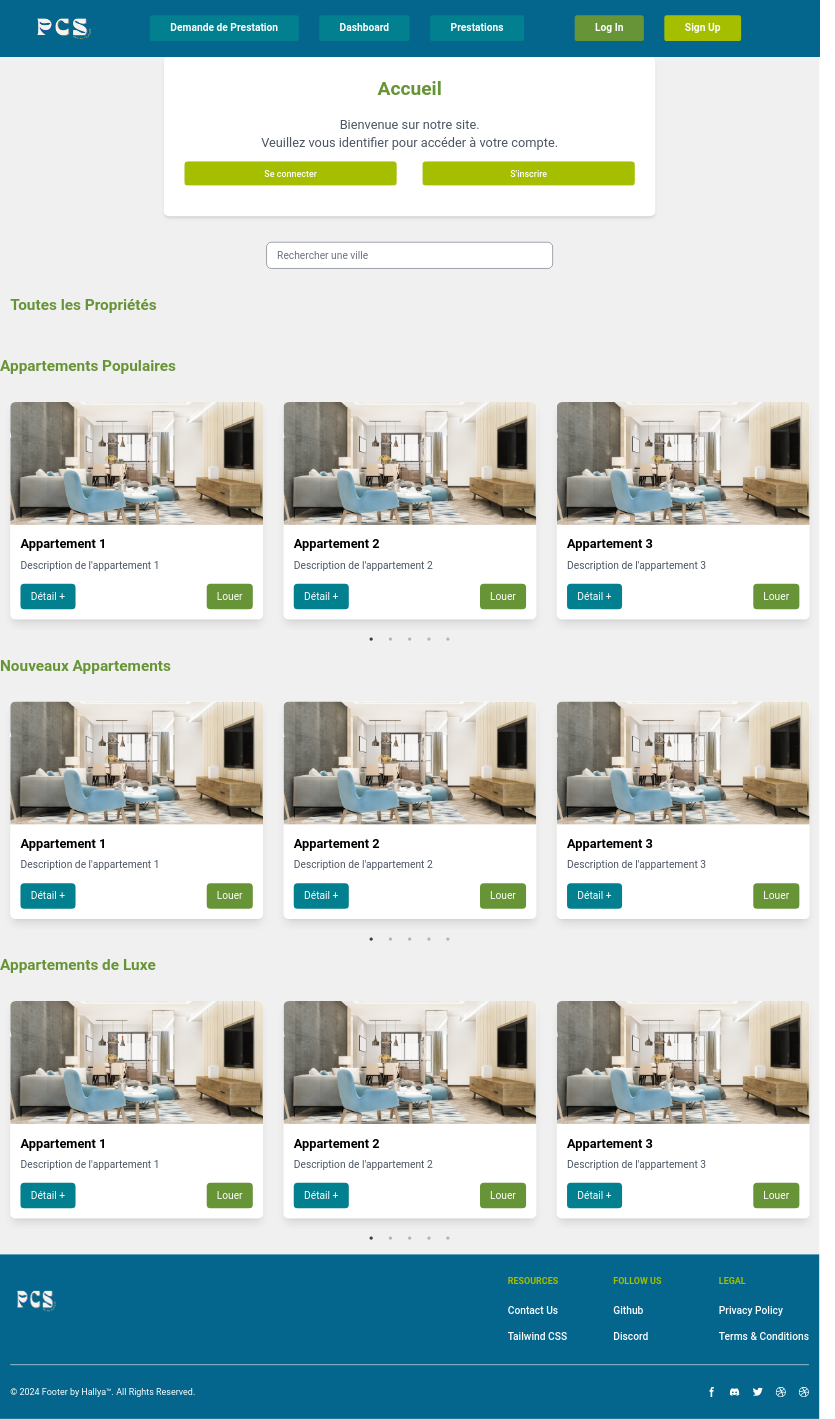
Repository: HATTOUNGBRE/ProjetAnnuel2
Page: / (app in FRONT/)
An editor plug-in stored every save of this project. The page is shown before and after the next save, followed by the edit.
The browser window is 1280 px wide. The page is 1305 px wide, so the pictures cover 1305 px, including what lies to the right of the window. The pictures show the whole page, at 64% of full size.
The page's requests for data from a server got no answer. The project was rebuilt for these pictures with package versions that can differ from the ones it lists, and the page was loaded fresh each time. No one was signed in, and anything a server would have sent is missing. Also part of the build but not shown: FRONT/vite.config.js, FRONT/src/components/PropertyCard.jsx, FRONT/src/components/Contact.jsx, FRONT/src/components/CatUser.jsx, FRONT/src/components/Login.jsx, FRONT/src/components/prestataire/PrestataireType.jsx, FRONT/src/components/prestataire/PrestataireDetails.jsx, FRONT/src/components/Account.jsx and 14 more.

Above is the page before, as saved 2024-06-28 10:30:45.

### FRONT/src/main.jsx
import React from 'react'
import ReactDOM from 'react-dom/client'
import App from './App.jsx'
import './App.css'
import { AuthProvider } from './components/AuthContext';
import {
  BrowserRouter,
  Route,
  Link
} from "react-router-dom";

ReactDOM.createRoot(document.getElementById('root')).render(
  <React.StrictMode>
    <AuthProvider>
    <App />
    </AuthProvider>
  </React.StrictMode>,
)

### FRONT/src/App.jsx
import React, { useContext, useEffect } from "react";
import './App.css';
import { BrowserRouter as Router, Route, Routes, Navigate } from 'react-router-dom';
import Header from "./components/Header";
import Main from "./components/Main";
import Contact from "./components/Contact";
import Nav from "./components/Nav";
import Footer from "./components/Footer";
import CatUser from "./components/CatUser";
import Login from './components/Login';
import LogOut from "./components/LogOut";
import Account from "./components/Account";
import Inscription from './components/Inscription';
import VoyageurDashboard from './components/dashboard/VoyageurDashboard';
import ProprietaireDashboard from './components/dashboard/ProprietaireDashboard';
import PrestataireDashboard from './components/dashboard/PrestataireDashboard';
import Error400 from './components/Error400';
import AuthContext from './components/AuthContext';
import ProprietairePrestation from "./components/proprio/Prestation";
import ProprietaireReservation from "./components/proprio/ProprietaireReservation";
import PrestataireReservation from "./components/prestataire/PrestataireReservation";
import AddProperty from "./components/proprio/AddProperty";
import CreatePrestation from "./components/proprio/CreatePrestation";

function App() {
    const { isLoggedIn, userRole, userId, userName, userSurname, category } = useContext(AuthContext);

    useEffect(() => {
        console.log("UserRole:", userRole);
        console.log("UserId:", userId);
        console.log("UserName:", userName);
        console.log("UserSurname:", userSurname);
        console.log("CategoryUserId:", category);
    }, [userRole, userId, userName, userSurname, category]);

    const getDashboardComponent = (role) => {
        switch (role) {
            case 'voyageur':
                return <VoyageurDashboard />;
            case 'proprietaire':
                return <ProprietaireDashboard />;
            case 'prestataire':
                return <PrestataireDashboard />;
            default:
                return <Error400 />;
        }
    };

    const ProtectedRoute = ({ element, allowedRole }) => {
        if (!isLoggedIn) {
            return <Navigate to="/login" />;
        }
        return userRole === allowedRole ? element : <Navigate to="/error400" />;
    };

    return (
        <Router>
         <Header isLoggedIn={isLoggedIn} userRole={userRole} />
         <main className="flex-grow">
         <Routes>
                <Route exact path="/" element={<Main isLoggedIn={isLoggedIn} userRole={userRole} />} />
                <Route path="/components/inscription" element={<Inscription />} />
                <Route path="/components/catUser" element={<CatUser />} />
                <Route path="/contact" element={<Contact />} />
                <Route path="/login" element={<Login />} />
                <Route path={`/${userRole}/Prestation`} element={<ProtectedRoute element={<ProprietairePrestation />} allowedRole={userRole} />} />
                <Route path={`/${userRole}/Reservation`} element={<ProtectedRoute element={userRole === 'proprietaire' ? <ProprietaireReservation /> : <PrestataireReservation />} allowedRole={userRole} />} />
                <Route path="/components/dashboard/voyageur" element={<ProtectedRoute element={<VoyageurDashboard />} allowedRole="voyageur" />} />
                <Route path="/components/dashboard/proprietaire" element={<ProtectedRoute element={<ProprietaireDashboard />} allowedRole="proprietaire" />} />
                <Route path="/components/dashboard/prestataire" element={<ProtectedRoute element={<PrestataireDashboard />} allowedRole="prestataire" />} />
                <Route path="/components/nav" element={<Nav isLoggedIn={isLoggedIn} userRole={userRole} />} />
                <Route path="/logout" element={<LogOut />} />
                <Route path="/account" element={<Account userId={userId} />} />
                <Route path="/error400" element={<Error400 />} />
                <Route path="/add-property" element={<ProtectedRoute element={<AddProperty />} allowedRole="proprietaire" />} />
                <Route path="/create-prestation" element={<ProtectedRoute element={<CreatePrestation />} allowedRole="proprietaire" />} />
                <Route path="/components/dashboard/proprietaire" element={<ProtectedRoute element={<ProprietaireDashboard />} allowedRole="proprietaire" />} />
                <Route path="/components/dashboard/prestataire" element={<ProtectedRoute element={<PrestataireDashboard />} allowedRole="prestataire" />} />
                <Route path="/components/dashboard/voyageur" element={<ProtectedRoute element={<VoyageurDashboard />} allowedRole="voyageur" />} />
                <Route path="*" element={<Error400 />} />

            </Routes>
            </main>
           <Footer />
        </Router>

    );
}

const ProtectedRoute = ({ element, allowedRole }) => {
    const { userRole } = useContext(AuthContext);
    return userRole === allowedRole ? element : <Navigate to="/error400" />;
  };

export default App;

### FRONT/src/App.css
@tailwind base;
@tailwind components;
@tailwind utilities;

html, body {
  height: 100%;
  width: 100%;
  margin: 0;
  padding: 0;
  font-family: 'Roboto', sans-serif;
}


.logo {
  height: 5em;
  width: 7em;
  /* will-change: filter; */
  transition: filter 300ms;
}
.logo:hover {
}
.logo.react:hover {
  filter: drop-shadow(0 0 2em #61dafbaa);
}

@keyframes logo-spin {
  from {
    transform: rotate(0deg);
  }
  to {
    transform: rotate(360deg);
  }
}


.card {
  padding: 2em;
}

.read-the-docs {
  color: #888;
}
footer {
  position: absolute;
  left: 0;
  bottom: 0;
  width: 100%;
}
html, body {
  height: 100%;
  margin: 0;
  padding: 0;

}



footer {
  flex-shrink: 0; /* Empêche le pied de page de rétrécir si le contenu est trop grand */
}

.main-content {
  flex: 1;
  padding: 24px;
  overflow-y: auto;
  display: flex;
  flex-direction: column;
}

### FRONT/src/components/AuthContext.jsx
import React, { createContext, useState, useEffect } from 'react';
import Cookies from 'js-cookie';

const AuthContext = createContext();

export const AuthProvider = ({ children }) => {
  const [isLoggedIn, setIsLoggedIn] = useState(false);
  const [userRole, setUserRole] = useState('');
  const [userId, setUserId] = useState(null);
  const [userName, setUserName] = useState('');
  const [userSurname, setUserSurname] = useState('');
  const [category, setCategoryUserId] = useState(null);

  const fetchUserDetails = async (userId) => {
    try {
      const response = await fetch(`http://localhost:8000/api/user/${userId}`);
      const data = await response.json();

      if (response.ok) {
        setIsLoggedIn(true);
        setUserId(data.id);
        setUserName(data.name);
        setUserSurname(data.surname);
        setCategoryUserId(data.category_user);
        setUserRole(Cookies.get('role')); // Ensure the role is set from the cookie
      } else {
        setIsLoggedIn(false);
        setUserId(null);
        setUserName('');
        setUserSurname('');
        setCategoryUserId(null);
        setUserRole('');
      }
    } catch (error) {
      console.error('Error fetching user details:', error);
    }
  };

  useEffect(() => {
    const token = Cookies.get('authToken');
    const storedUserRole = Cookies.get('role');
    const storedUserId = Cookies.get('userId');

    if (token && storedUserId) {
      setIsLoggedIn(true);
      setUserRole(storedUserRole || '');
      fetchUserDetails(storedUserId); // Fetch user details
    }
  }, []);

  const login = (token, role, userId, userName, userSurname, category) => {
    Cookies.set('authToken', token, { expires: 1 });
    Cookies.set('role', role, { expires: 1 });
    Cookies.set('userId', userId, { expires: 1 });
    Cookies.set('userName', userName, { expires: 1 });
    Cookies.set('userSurname', userSurname, { expires: 1 });
    Cookies.set('category', category, { expires: 1 });

    setIsLoggedIn(true);
    setUserRole(role);
    setUserId(userId);
    setUserName(userName);
    setUserSurname(userSurname);
    setCategoryUserId(category);
  };

  const logout = () => {
    Cookies.remove('authToken');
    Cookies.remove('role');
    Cookies.remove('userId');
    Cookies.remove('userName');
    Cookies.remove('userSurname');
    Cookies.remove('category');

    setIsLoggedIn(false);
    setUserRole('');
    setUserId(null);
    setUserName('');
    setUserSurname('');
    setCategoryUserId(null);
  };

  return (
    <AuthContext.Provider value={{ isLoggedIn, userRole, userId, userName, userSurname, category, login, logout, fetchUserDetails }}>
      {children}
    </AuthContext.Provider>
  );
};

export default AuthContext;

### FRONT/src/components/Header.jsx
import { useState, useEffect } from 'react';
import Nav from './Nav';
import { Link } from "react-router-dom";

function Header(props) {
  const { isLoggedIn, userRole } = props;

  return (
    <div>
      <header className="bg-pcs-200 sticky top-0 z-[20]">
        <nav className="bg-pcs-200 border-gray-200 dark:bg-gray-900 w-full">
          <div className="w-full flex flex-wrap items-center justify-around p-1">
            <Link to="/" className="flex items-center space-x-3 rtl:space-x-reverse">
              <img src="/public/images/fullDay.png" className="h-8 logo" alt="PCSLogo" />
            </Link>
            <Nav isLoggedIn={isLoggedIn} userRole={userRole} />
            <button
              data-collapse-toggle="navbar-default"
              type="button"
              className="inline-flex items-center p-2 w-10 h-10 justify-center text-sm text-gray-500 rounded-lg md:hidden focus:outline-none focus:ring-2 focus:ring-gray-200 dark:text-gray-400 dark:focus:ring-gray-600"
              aria-controls="navbar-default"
              aria-expanded="false"
            >
              <span className="sr-only">Open main menu</span>
              <svg
                className="w-5 h-5"
                aria-hidden="true"
                xmlns="http://www.w3.org/2000/svg"
                fill="none"
                viewBox="0 0 17 14"
              >
                <path
                  stroke="currentColor"
                  strokeLinecap="round"
                  strokeLinejoin="round"
                  strokeWidth="2"
                  d="M1 1h15M1 7h15M1 13h15"
                />
              </svg>
            </button>
            <div className="hidden w-full md:block md:w-auto" id="navbar-default"></div>
          </div>
        </nav>
      </header>
    </div>
  );
}

export default Header;

### FRONT/src/components/Main.jsx
// src/components/Main.jsx
import React, { useState, useContext, useEffect } from 'react';
import AuthContext from './AuthContext';
import { Link } from 'react-router-dom';
import PropertyRow from './PropertyRow';
import Slider from 'react-slick';
import 'slick-carousel/slick/slick.css';
import 'slick-carousel/slick/slick-theme.css';

function Main() {
  const { isLoggedIn, userRole } = useContext(AuthContext);

  const [searchTerm, setSearchTerm] = useState('');
  const [cities, setCities] = useState([]);

  useEffect(() => {
    if (searchTerm.length >= 2) {
      searchCities(searchTerm);
    } else {
      setCities([]);
    }
  }, [searchTerm]);

  const searchCities = async (term) => {
    try {
      const response = await fetch(`https://geo.api.gouv.fr/communes?nom=${term}&fields=departement&boost=population&limit=5`);
      const data = await response.json();
      setCities(data);
    } catch (error) {
      console.error('Error fetching cities:', error);
    }
  };

  const sliderSettings = {
    dots: true,
    infinite: true,
    speed: 500,
    slidesToShow: 3,
    slidesToScroll: 1,
    responsive: [
      {
        breakpoint: 1024,
        settings: {
          slidesToShow: 2,
          slidesToScroll: 1,
          infinite: true,
          dots: true
        }
      },
      {
        breakpoint: 600,
        settings: {
          slidesToShow: 1,
          slidesToScroll: 1
        }
      }
    ]
  };

  const defaultImageUrl = '/uploads/property_photos/default_appart.jpg';

  return (
    <div className="min-h-screen bg-pcs-100 flex flex-col items-center justify-center">
      <div className="max-w-3xl w-full p-8 bg-white shadow-md rounded-lg text-center">
        <h1 className="text-3xl font-semibold text-pcs-400 mb-6">Accueil</h1>
        {isLoggedIn ? (
          <p className="text-xl text-pcs-300">
            Vous êtes connecté.e en tant que <span className="font-bold">{userRole}</span>
          </p>
        ) : (
          <div>
            <p className="text-xl text-gray-600">Bienvenue sur notre site.</p>
            <p className="text-xl text-gray-600">Veuillez vous identifier pour accéder à votre compte.</p>
            <div className='flex justify-center mt-4 space-x-10'>
              <button className='w-full px-4 mb-4 py-2 text-sm font-medium text-white bg-pcs-300 border border-transparent rounded-md shadow-sm hover:bg-pcs-400'>
                <Link to="/components/catUser">Se connecter</Link>
              </button>
              <button className='w-full px-4 mb-4 py-2 text-sm font-medium text-white bg-pcs-300 border border-transparent rounded-md shadow-sm hover:bg-pcs-400'>
                <Link to="/components/inscription">S'inscrire</Link>
              </button>
            </div>
          </div>
        )}
      </div>

      {/* Barre de recherche de villes */}
      <div className="mt-10 w-full max-w-md">
        <input
          type="text"
          className="w-full px-4 py-2 border rounded-lg focus:outline-none focus:ring-2 focus:ring-blue-500"
          placeholder="Rechercher une ville"
          value={searchTerm}
          onChange={(e) => setSearchTerm(e.target.value)}
        />
        {cities.length > 0 && (
          <ul className="mt-2 bg-white border rounded-lg">
            {cities.map((city) => (
              <li key={city.code} className="px-4 py-2 border-b last:border-b-0">
                {city.nom} ({city.departement.nom})
              </li>
            ))}
          </ul>
        )}
      </div>

      {/* Categories with carousels */}
      <PropertyRow title="Toutes les Propriétés" apiUrl="http://localhost:8000/api/properties" />
      <div className="mt-10 w-full">
        <h2 className="text-2xl font-semibold text-pcs-400 mb-6">Appartements Populaires</h2>
        <Slider {...sliderSettings}>
          {[1, 2, 3, 4, 5].map(item => (
            <div key={item} className="p-4">
              <div className="bg-white shadow-lg rounded-lg overflow-hidden">
                <img src={defaultImageUrl} alt={`Appartement ${item}`} className="h-48 w-full object-cover" />
                <div className="p-4">
                  <h3 className="text-xl font-semibold mb-2">Appartement {item}</h3>
                  <p className="text-gray-600 mb-4">Description de l'appartement {item}</p>
                  <div className="flex justify-between">
                    <button className="bg-pcs-250 hover:bg-pcs-200 text-white py-2 px-4 rounded-md">Détail +</button>
                    <button className="bg-pcs-400 text-white py-2 px-4 rounded-md">Louer</button>
                  </div>
                </div>
              </div>
            </div>
          ))}
        </Slider>
      </div>

      <div className="mt-10 w-full">
        <h2 className="text-2xl font-semibold text-pcs-400 mb-6">Nouveaux Appartements</h2>
        <Slider {...sliderSettings}>
          {[1, 2, 3, 4, 5].map(item => (
            <div key={item} className="p-4">
              <div className="bg-white shadow-lg rounded-lg overflow-hidden">
                <img src={defaultImageUrl} alt={`Appartement ${item}`} className="h-48 w-full object-cover" />
                <div className="p-4">
                  <h3 className="text-xl font-semibold mb-2">Appartement {item}</h3>
                  <p className="text-gray-600 mb-4">Description de l'appartement {item}</p>
                  <div className="flex justify-between">
                    <button className="bg-pcs-250 hover:bg-pcs-200 text-white py-2 px-4 rounded-md">Détail +</button>
                    <button className="bg-pcs-400 text-white py-2 px-4 rounded-md">Louer</button>
                  </div>
                </div>
              </div>
            </div>
          ))}
        </Slider>
      </div>

      <div className="mt-10 mb-10 w-full">
        <h2 className="text-2xl font-semibold text-pcs-400 mb-6">Appartements de Luxe</h2>
        <Slider {...sliderSettings}>
          {[1, 2, 3, 4, 5].map(item => (
            <div key={item} className="p-4">
              <div className="bg-white shadow-lg rounded-lg overflow-hidden">
                <img src={defaultImageUrl} alt={`Appartement ${item}`} className="h-48 w-full object-cover" />
                <div className="p-4">
                  <h3 className="text-xl font-semibold mb-2">Appartement {item}</h3>
                  <p className="text-gray-600 mb-4">Description de l'appartement {item}</p>
                  <div className="flex justify-between">
                    <button className="bg-pcs-250 hover:bg-pcs-200 text-white py-2 px-4 rounded-md">Détail +</button>
                    <button className="bg-pcs-400 text-white py-2 px-4 rounded-md">Louer</button>
                  </div>
                </div>
              </div>
            </div>
          ))}
        </Slider>
      </div>
    </div>
  );
}

export default Main;

### FRONT/src/components/Nav.jsx
import { Link } from "react-router-dom";

function Nav(props) {
    const { isLoggedIn, userRole } = props;

    console.log('isLoggedIn page NAV:', isLoggedIn);
    return (
        <>
            <div className='flex space-x-8'>
                <Link to={`/${userRole}/Reservation`}>
                    <button className="bg-pcs-250 hover:bg-pcs-300 text-white font-bold py-2 px-8 rounded">
                        Demande de Prestation
                    </button>
                </Link>

                <Link to={`/components/dashboard/${userRole}`}>
                    <button className="bg-pcs-250 hover:bg-pcs-300 text-white font-bold py-2 px-8 rounded">
                        Dashboard
                    </button>
                </Link>

                <Link to={`/${userRole}/Prestation`}>
                    <button className="bg-pcs-250 hover:bg-pcs-300 text-white font-bold py-2 px-8 rounded">
                        Prestations
                    </button>
                </Link>
            </div>
            {isLoggedIn ? (
                <div className='flex space-x-8'>
                    <Link to='/account'>
                        <button className="bg-pcs-400 hover:bg-pcs-700 text-white font-bold py-2 px-8 rounded">
                            Account
                        </button>
                    </Link>
                    <Link to='/logout'>
                        <button className="bg-pcs-300 hover:bg-pcs-600 text-white font-bold py-2 px-8 rounded">
                            Log out
                        </button>
                    </Link>

                </div>
            ) : (
                <div className='flex space-x-8'>
                    <Link to='/components/catuser'>
                        <button className="bg-pcs-400 hover:bg-pcs-700 text-white font-bold py-2 px-8 rounded">
                            Log In
                        </button>
                    </Link>

                    <Link to='/components/Inscription'>
                        <button className="bg-pcs-300 hover:bg-pcs-600 text-white font-bold py-2 px-8 rounded">
                            Sign Up
                        </button>
                    </Link>
                </div>
            )}
        </>
    );
};

export default Nav;

### FRONT/src/components/LogOut.jsx
import React, { useContext, useEffect } from 'react';
import { useNavigate } from 'react-router-dom';
import AuthContext from './AuthContext';

const LogOut = () => {
  const { logout } = useContext(AuthContext);
  const navigate = useNavigate();

  useEffect(() => {
    logout();
    navigate('/');
  }, [logout, navigate]);

  return null;
};

export default LogOut;

### FRONT/src/components/PropertyRow.jsx
// src/components/PropertyRow.jsx
import React, { useEffect, useState } from 'react';
import Slider from 'react-slick';
import PropertyCard from './PropertyCard';
import 'slick-carousel/slick/slick.css';
import 'slick-carousel/slick/slick-theme.css';

const PropertyRow = ({ title, apiUrl }) => {
  const [properties, setProperties] = useState([]);

  useEffect(() => {
    const fetchProperties = async () => {
      try {
        const response = await fetch(apiUrl);
        const data = await response.json();
        setProperties(data);
      } catch (error) {
        console.error('Error fetching properties:', error);
      }
    };

    fetchProperties();
  }, [apiUrl]);

  const sliderSettings = {
    dots: true,
    infinite: true,
    speed: 500,
    slidesToShow: 3,
    slidesToScroll: 1,
    responsive: [
      {
        breakpoint: 1024,
        settings: {
          slidesToShow: 2,
          slidesToScroll: 1,
          infinite: true,
          dots: true
        }
      },
      {
        breakpoint: 600,
        settings: {
          slidesToShow: 1,
          slidesToScroll: 1
        }
      }
    ]
  };

  return (
    <div className="mt-10 w-full">
      <h2 className=" ml-4 text-2xl font-semibold text-pcs-400 mb-6">{title}</h2>
      <Slider {...sliderSettings}>
        {properties.map(property => (
          <div key={property.id} className="p-4">
            <PropertyCard property={property} />
          </div>
        ))}
      </Slider>
    </div>
  );
};

export default PropertyRow;

Loaded but not shown: FRONT/index.html (common file); FRONT/tailwind.config.js (26 lines, source omitted); FRONT/src/components/Footer.jsx (91 lines, source omitted)

After the next save:
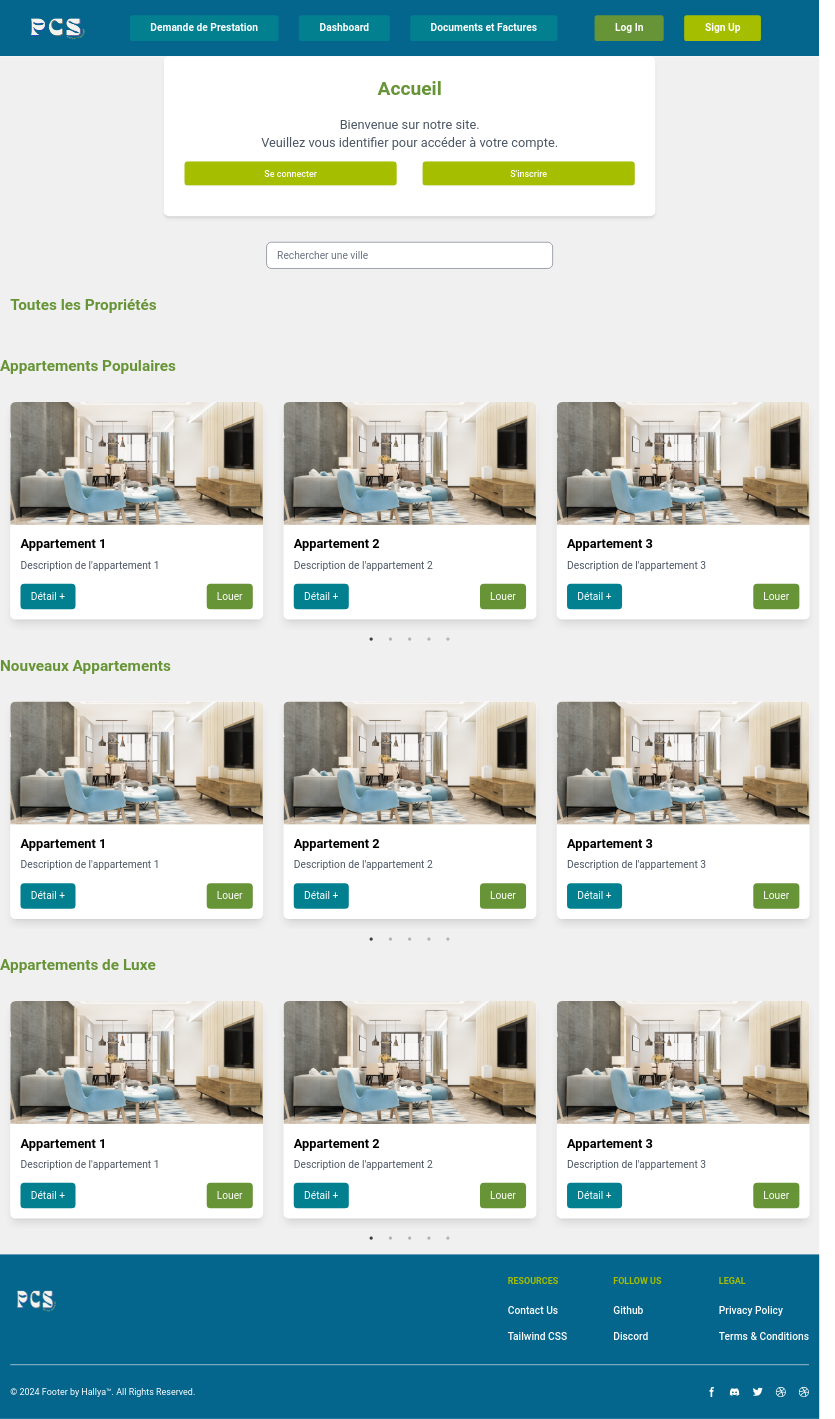
Saved 20 s later.
--- a/FRONT/src/components/Nav.jsx
+++ b/FRONT/src/components/Nav.jsx
@@ -21,7 +21,7 @@ function Nav(props) {
 
                 <Link to={`/${userRole}/Prestation`}>
                     <button className="bg-pcs-250 hover:bg-pcs-300 text-white font-bold py-2 px-8 rounded">
-                        Prestations
+                        Documents et Factures
                     </button>
                 </Link>
             </div>
